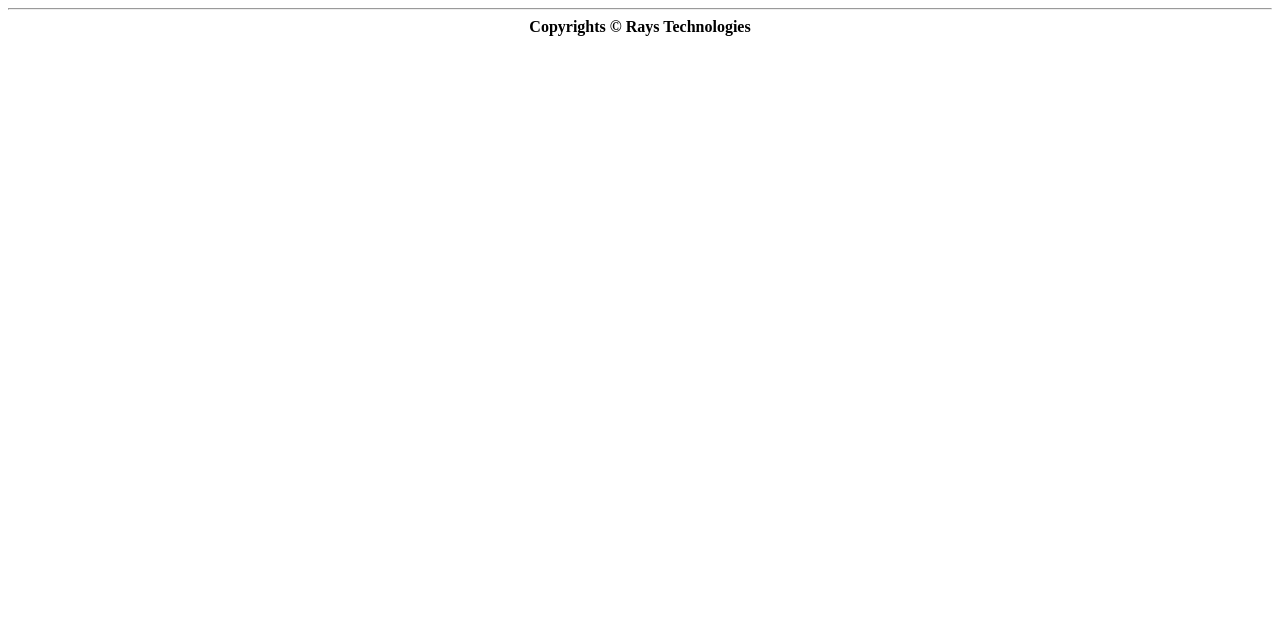
Repository: Adityayadav26/Advance-Java
Page: http://localhost/My-Web-Project/Footer.jsp
These files come from the project's save history. The page is drawn as it stood at one moment and after the next save; the edit follows.
The browser window is 1280 px wide. The pictures show the whole page.
The page is served by Tomcat 9. Other server files are loaded and not shown.

Above is the page before, as saved 2026-01-29 10:46:51.

### JspServlet/My-Web-Project/WebContent/Footer.jsp
<html>
<head>
<style type="text/css">
div.sticky {
	position: -webkit-sticky;
	position: sticky;
	width: 100%;
	text-align: center;
	bottom: 0;
}
</style>
</head>
<div class="sticky">
	<HR>
	<strong>Copyrights &copy; Rays Technologies</strong>
</div>
</html>

After the next save:
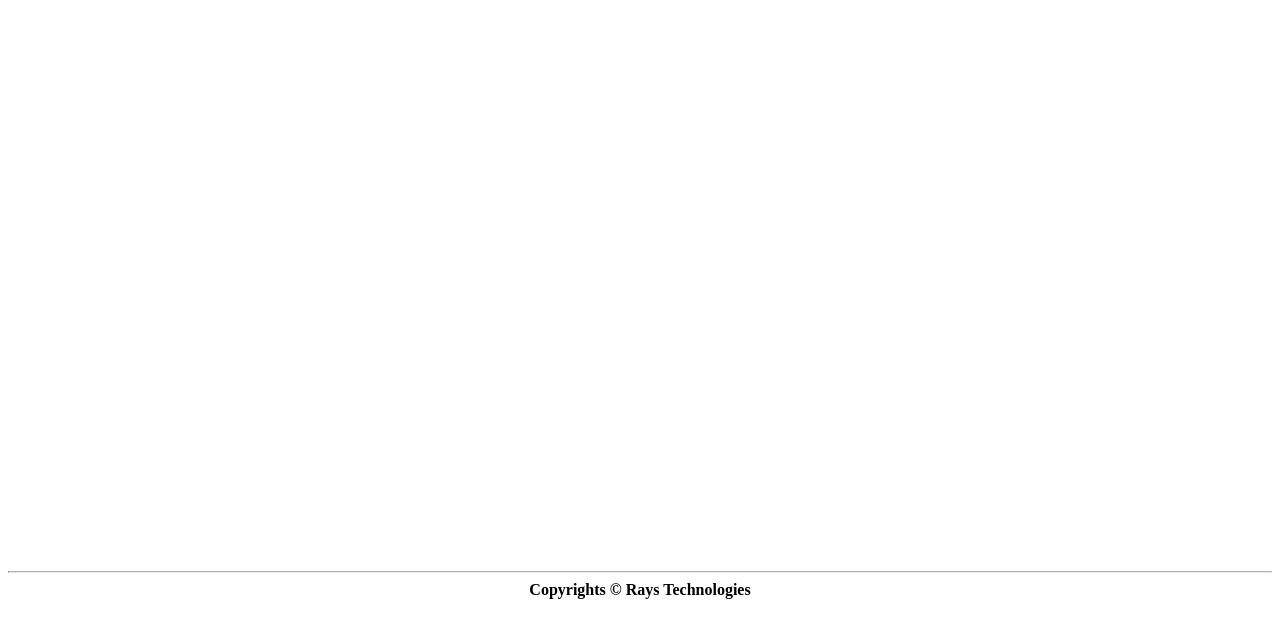
Saved 21 s later.
--- a/JspServlet/My-Web-Project/WebContent/Footer.jsp
+++ b/JspServlet/My-Web-Project/WebContent/Footer.jsp
@@ -5,8 +5,10 @@
 	position: -webkit-sticky;
 	position: sticky;
 	width: 100%;
+	height:20%;
 	text-align: center;
 	bottom: 0;
+	top: 100%;
 }
 </style>
 </head>
